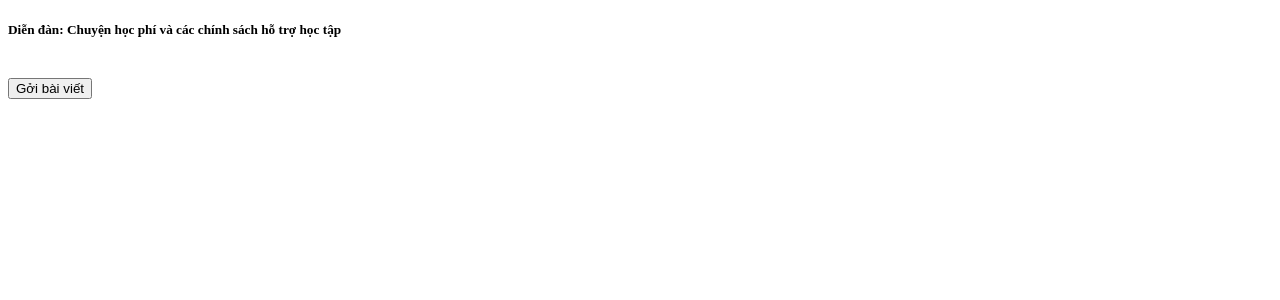
Repository: nguyenthanhnhan-st-961/GiuaKyChuyenDeWeb
Page: http://localhost/listTopics
These files come from the project's save history. The page is drawn as it stood at one moment and after the next save; the edit follows.
The browser window is 1280 px wide. The pictures show the whole page.
The page is this project's Thymeleaf template; nobody is signed in. The template is opened directly, without the code that normally fills it, so the values that code supplies are empty.

Above is the page before, as saved 2023-04-10 03:07:25.

After the next save:
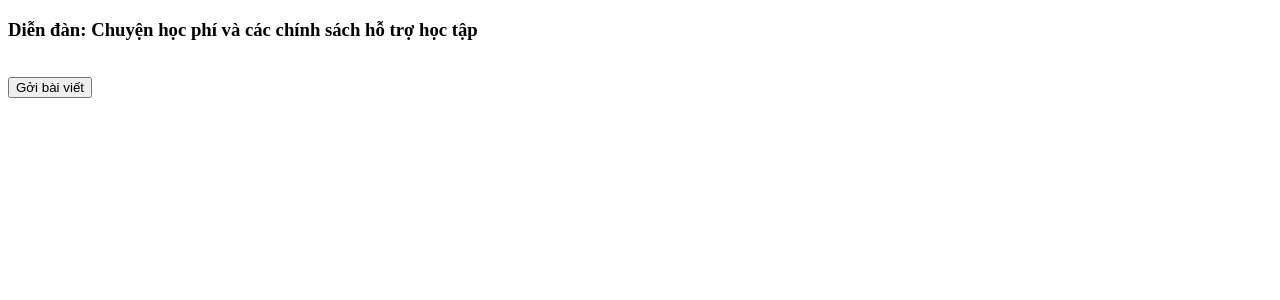
Saved 6 s later.
--- a/Forum/src/main/resources/templates/listTopics.html
+++ b/Forum/src/main/resources/templates/listTopics.html
@@ -5,7 +5,7 @@
 <title></title>
 </head>
 <body>
-	<h5>Diễn đàn: Chuyện học phí và các chính sách hỗ trợ học tập</h6>
+	<h3>Diễn đàn: Chuyện học phí và các chính sách hỗ trợ học tập</h6>
 	<br />
 
 	<a href="#"><button type="button" >Gởi bài viết</button></a>
